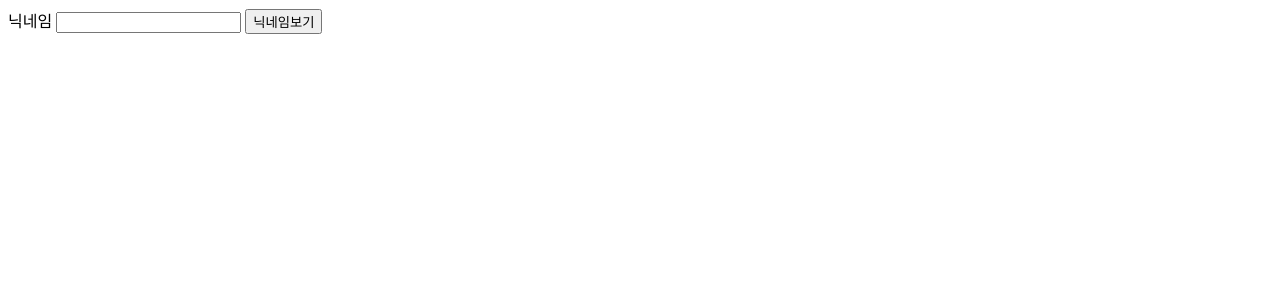
Repository: skybluelion/KB
Page: KB/work05_front/front04_javascript/src/main/webapp/event/js03_onclick_form.html
The author's editor kept a copy of each file at every save. The page is drawn from the files as they stood at one save, then again after the next save.
The browser window is 1280 px wide. The pictures show the whole page.

Above is the page before, as saved 2023-04-11 05:54:12.

After the next save:
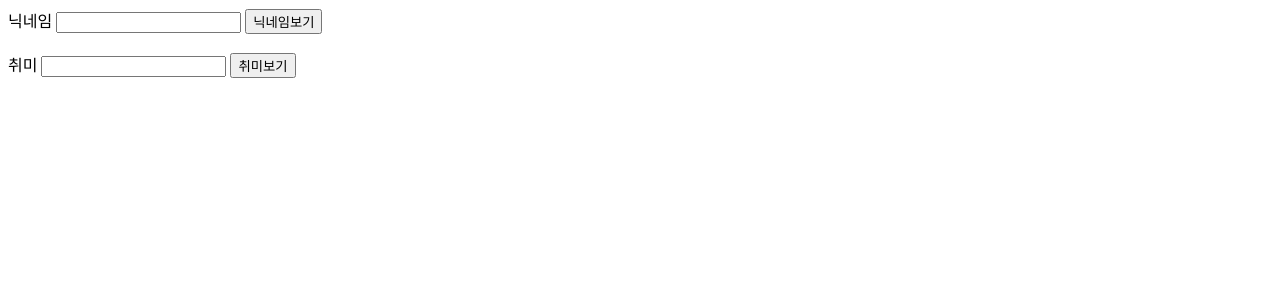
Saved 2 min 0 s later.
--- a/KB/work05_front/front04_javascript/src/main/webapp/event/js03_onclick_form.html
+++ b/KB/work05_front/front04_javascript/src/main/webapp/event/js03_onclick_form.html
@@ -3,11 +3,27 @@
 <head>
 <meta charset="UTF-8">
 <title>Insert title here</title>
+<script>
+	function showName() {
+
+	}
+	function showHobby() {
+
+	}
+</script>
+
+
 </head>
 <body>
 	<form action="#" name="loginFrm">
 		닉네임 <input type="text" name="nick" id="nick">
 		<input type="button" value="닉네임보기" onclick="showName()">
+
+		<br><br>
+		취미 <input type="text" name="hobby" id="hobby">
+		<input type="button" value="취미보기" onclick="showHobby()">
+
+
 	</form>
 </body>
 </html>
